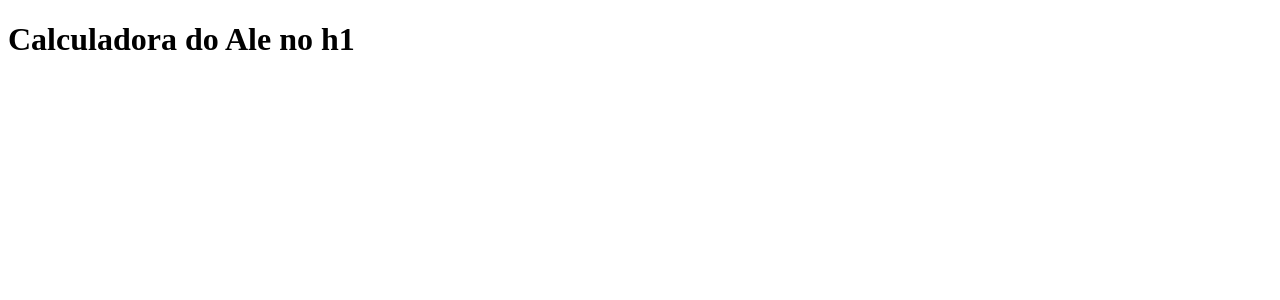
Repository: Alexandre-engelmann/git_lucas_mentory
Page: http://localhost/Calculadora/
These files come from the project's save history. The page is drawn as it stood at one moment and after the next save; the edit follows.
The browser window is 1280 px wide. The pictures show the whole page.
The page is served by Tomcat 9.

Above is the page before, as saved 2019-12-19 16:53:05.

After the next save:
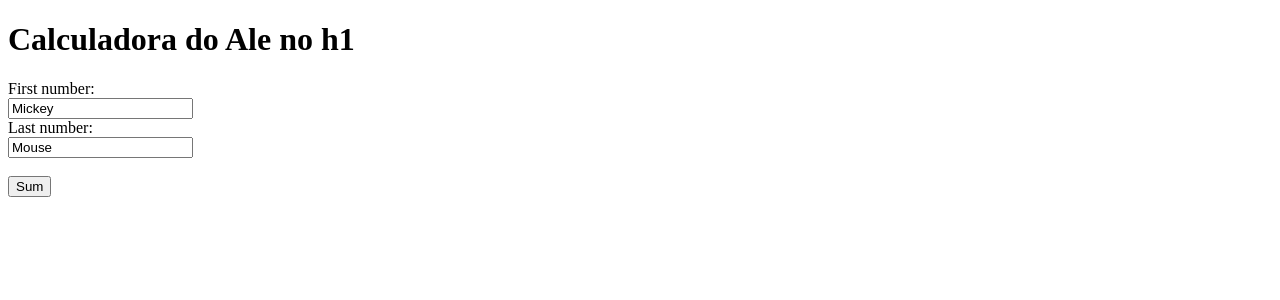
Saved 2 min 34 s later.
--- a/Calculadora/WebContent/index.jsp
+++ b/Calculadora/WebContent/index.jsp
@@ -10,5 +10,17 @@
 <body>
 <h1>Calculadora do Ale no h1
 </h1>
+
+<form action="operation">
+  First number:<br>
+  <input type="text" name="firstnumber" value="Mickey">
+  <br>
+  Last number:<br>
+  <input type="text" name="lastnumber" value="Mouse">
+  <br><br>
+  <input type="submit" value="Sum">
+</form>
+
+
 </body>
 </html>
